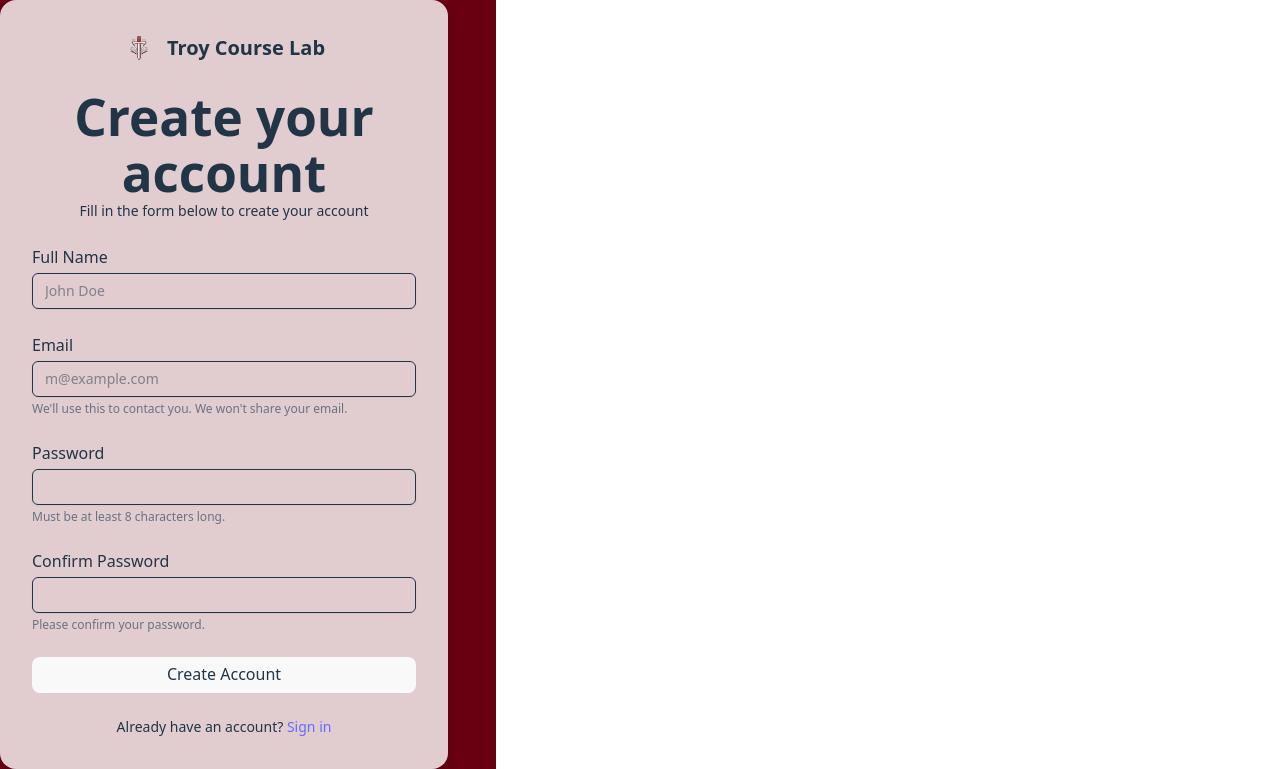
Repository: toilatrung/auth-ui-kit
Page: /register
The author's editor kept a copy of each file at every save. The page is drawn from the files as they stood at one save, then again after the next save.
The browser window is 1280 px wide. The pictures show the whole page.
The project was rebuilt for these pictures with package versions that can differ from the ones it lists, and the page was loaded fresh each time. Also part of the build but not shown: vite.config.ts, src/pages/LoginPage.tsx.

Above is the page before, as saved 2025-11-01 17:26:35.

After the next save:
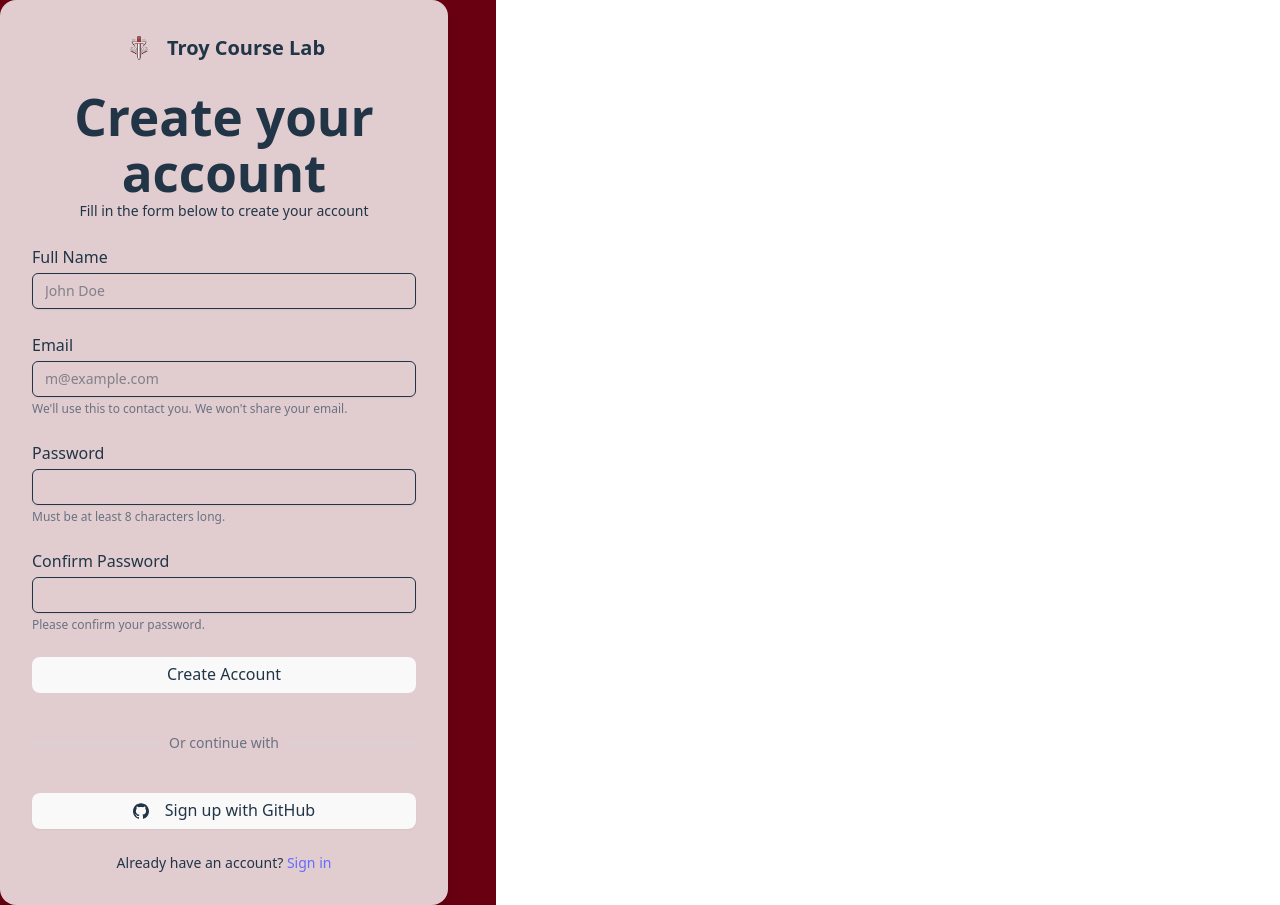
Saved 8 s later.
--- a/src/components/auth/register-form.tsx
+++ b/src/components/auth/register-form.tsx
@@ -39,7 +39,7 @@
       {...props}
     >
       <div className="text-center">
-        <h1 className="tetx-sm font-bold">Create your account</h1>
+        <h1 className="text-2xl font-bold">Create your account</h1>
         <p className="text-muted-foreground text-sm">
           Fill in the form below to create your account
         </p>
@@ -78,6 +78,39 @@
 
       <Button type="submit">Create Account</Button>
 
+      <div className="relative flex items-center my-4">
+        <div className="flex-grow border-t border-gray-300"></div>
+        <span className="px-2 text-gray-500 text-sm">Or continue with</span>
+        <div className="flex-grow border-t border-gray-300"></div>
+      </div>
+
+      <Button variant="outline" type="button">
+        <svg xmlns="http://www.w3.org/2000/svg" viewBox="0 0 24 24" className="h-5 w-5 mr-2">
+          <path
+            d="M12 .297c-6.63 0-12 5.373-12 12 0 5.303
+            3.438 9.8 8.205 11.385.6.113.82-.258.82-.577
+            0-.285-.01-1.04-.015-2.04-3.338.724-4.042-1.61
+            -4.042-1.61C4.422 18.07 3.633 17.7 3.633 17.7
+            c-1.087-.744.084-.729.084-.729 1.205.084 1.838
+            1.236 1.838 1.236 1.07 1.835 2.809 1.305 3.495
+            .998.108-.776.417-1.305.76-1.605-2.665-.3-5.466
+            -1.332-5.466-5.93 0-1.31.465-2.38 1.235-3.22
+            -.135-.303-.54-1.523.105-3.176 0 0 1.005-.322
+            3.3 1.23.96-.267 1.98-.399 3-.405 1.02.006
+            2.04.138 3 .405 2.28-1.552 3.285-1.23
+            3.285-1.23.645 1.653.24 2.873.12
+            3.176.765.84 1.23 1.91 1.23
+            3.22 0 4.61-2.805 5.625-5.475
+            5.92.42.36.81 1.096.81 2.22
+            0 1.606-.015 2.896-.015 3.286
+            0 .315.21.69.825.57C20.565 22.092
+            24 17.592 24 12.297c0-6.627-5.373-12-12-12"
+            fill="currentColor"
+          />
+        </svg>
+        Sign up with GitHub
+      </Button>
+
       <p className="text-center text-sm">
         Already have an account? <a href="#" className="text-blue-500">Sign in</a>
       </p>

After the save that followed:
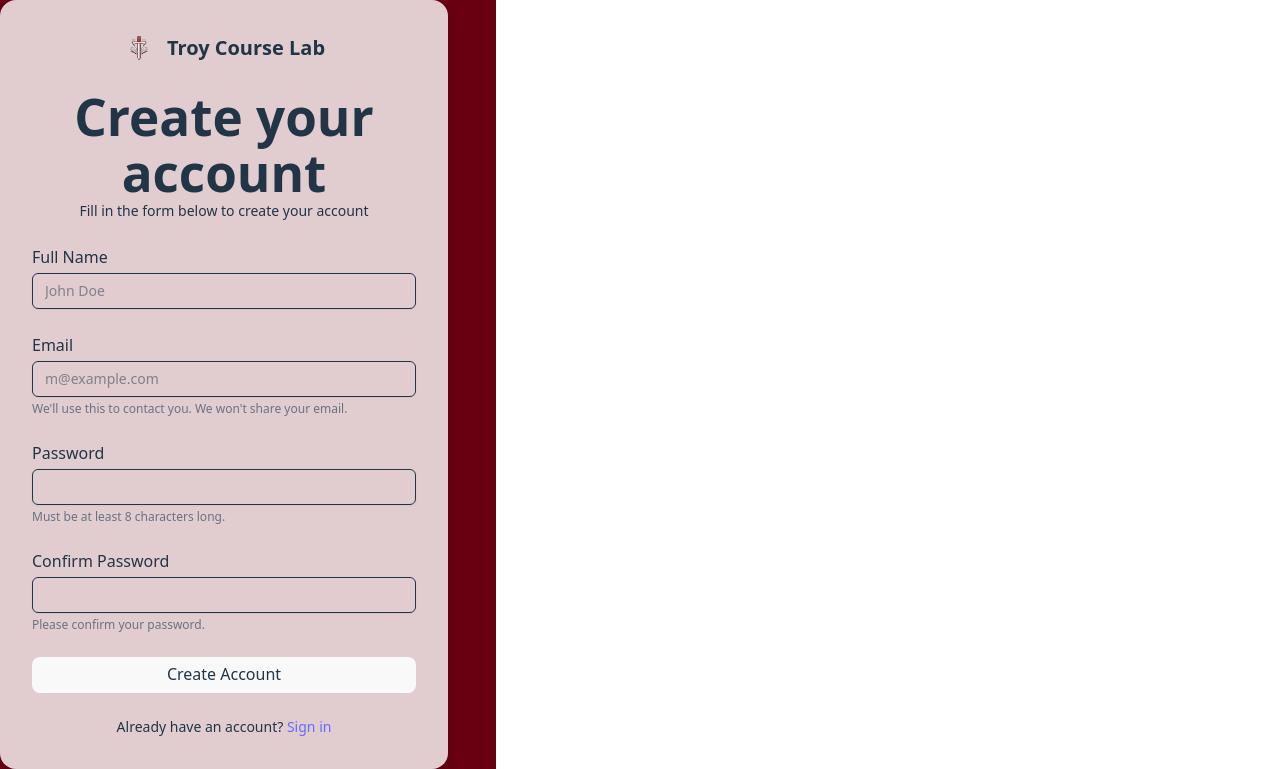
Saved 21 s later.
--- a/src/components/auth/register-form.tsx
+++ b/src/components/auth/register-form.tsx
@@ -78,39 +78,6 @@
 
       <Button type="submit">Create Account</Button>
 
-      <div className="relative flex items-center my-4">
-        <div className="flex-grow border-t border-gray-300"></div>
-        <span className="px-2 text-gray-500 text-sm">Or continue with</span>
-        <div className="flex-grow border-t border-gray-300"></div>
-      </div>
-
-      <Button variant="outline" type="button">
-        <svg xmlns="http://www.w3.org/2000/svg" viewBox="0 0 24 24" className="h-5 w-5 mr-2">
-          <path
-            d="M12 .297c-6.63 0-12 5.373-12 12 0 5.303
-            3.438 9.8 8.205 11.385.6.113.82-.258.82-.577
-            0-.285-.01-1.04-.015-2.04-3.338.724-4.042-1.61
-            -4.042-1.61C4.422 18.07 3.633 17.7 3.633 17.7
-            c-1.087-.744.084-.729.084-.729 1.205.084 1.838
-            1.236 1.838 1.236 1.07 1.835 2.809 1.305 3.495
-            .998.108-.776.417-1.305.76-1.605-2.665-.3-5.466
-            -1.332-5.466-5.93 0-1.31.465-2.38 1.235-3.22
-            -.135-.303-.54-1.523.105-3.176 0 0 1.005-.322
-            3.3 1.23.96-.267 1.98-.399 3-.405 1.02.006
-            2.04.138 3 .405 2.28-1.552 3.285-1.23
-            3.285-1.23.645 1.653.24 2.873.12
-            3.176.765.84 1.23 1.91 1.23
-            3.22 0 4.61-2.805 5.625-5.475
-            5.92.42.36.81 1.096.81 2.22
-            0 1.606-.015 2.896-.015 3.286
-            0 .315.21.69.825.57C20.565 22.092
-            24 17.592 24 12.297c0-6.627-5.373-12-12-12"
-            fill="currentColor"
-          />
-        </svg>
-        Sign up with GitHub
-      </Button>
-
       <p className="text-center text-sm">
         Already have an account? <a href="#" className="text-blue-500">Sign in</a>
       </p>
